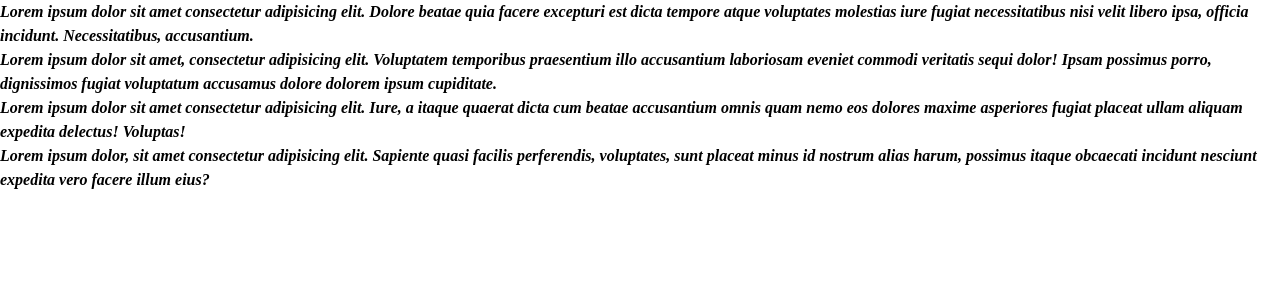
Repository: nguyenkien12345/Master-Css
Page: 1 so thuoc tinh css dac biet/index.html
An editor plug-in stored every save of this project. The page is shown before and after the next save, followed by the edit.
The browser window is 1280 px wide. The pictures show the whole page.

Above is the page before, as saved 2023-09-10 22:50:34.

After the next save:
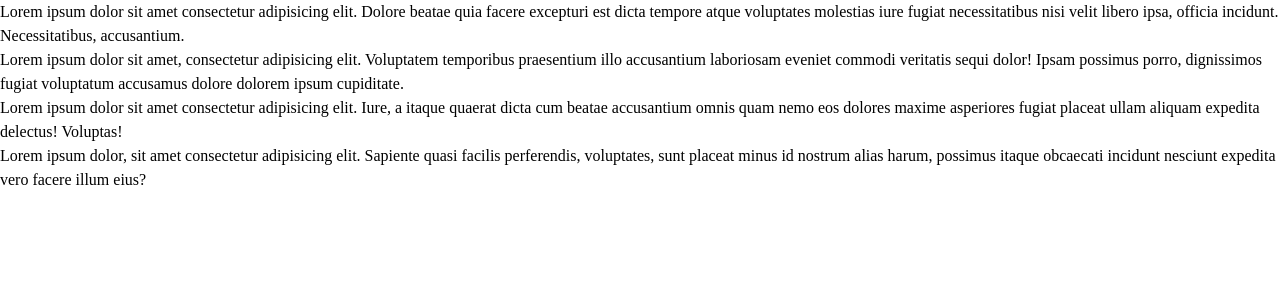
Saved 13 s later.
--- a/1 so thuoc tinh css dac biet/index.html
+++ b/1 so thuoc tinh css dac biet/index.html
@@ -108,11 +108,11 @@
         */
 
         /* selectors: is và where */
-        div p, section p, main p,  article p {
+        /* div p, section p, main p,  article p {
           font-size: 16px;
           font-weight: 600;
           font-style: italic;
-        }
+        } */
     </style>
 
 <body>

After the save that followed:
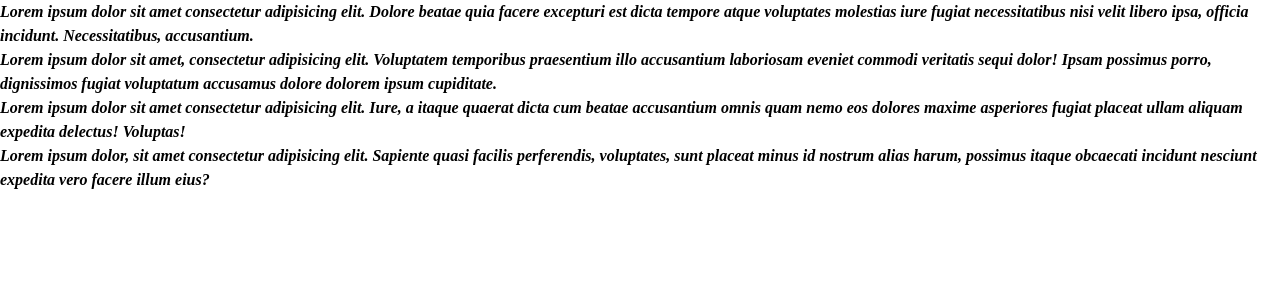
Saved 8 s later.
--- a/1 so thuoc tinh css dac biet/index.html
+++ b/1 so thuoc tinh css dac biet/index.html
@@ -108,11 +108,11 @@
         */
 
         /* selectors: is và where */
-        /* div p, section p, main p,  article p {
+        div p, section p, main p,  article p {
           font-size: 16px;
           font-weight: 600;
           font-style: italic;
-        } */
+        }
     </style>
 
 <body>
